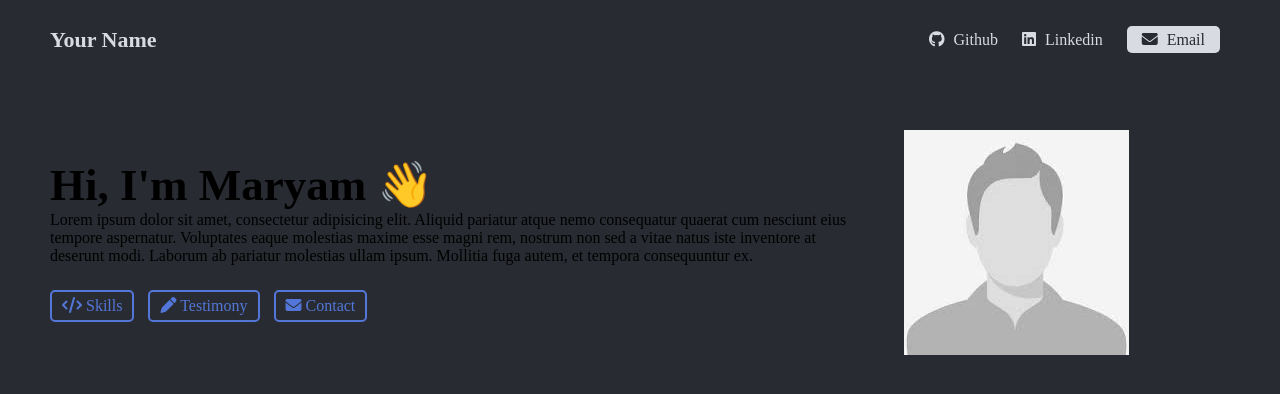
Repository: MaramMaryam/my-portfolio-test
Page: index.html
An editor plug-in stored every save of this project. The page is shown before and after a run of saves, followed by the edit.
The browser window is 1280 px wide. The pictures show the whole page.
Some web libraries are served in a nearby version.

Above is the page before, as saved 2024-09-17 21:18:20.

### index.html
<!DOCTYPE html>
<html lang="en">

<head>
    <meta charset="UTF-8">
    <meta name="viewport" content="width=device-width, initial-scale=1.0">

    <link rel="preconnect" href="https://fonts.googleapis.com">
    <link rel="preconnect" href="https://fonts.gstatic.com" crossorigin>
    <link
        href="https://fonts.googleapis.com/css2?family=Poppins:ital,wght@0,100;0,200;0,300;0,400;0,500;0,600;0,700;0,800;0,900;1,100;1,200;1,300;1,400;1,500;1,600;1,700;1,800;1,900&display=swap"
        rel="stylesheet">

    <link rel="stylesheet" href="https://cdnjs.cloudflare.com/ajax/libs/font-awesome/6.6.0/css/all.min.css"
        integrity="sha512-Kc323vGBEqzTmouAECnVceyQqyqdsSiqLQISBL29aUW4U/M7pSPA/gEUZQqv1cwx4OnYxTxve5UMg5GT6L4JJg=="
        crossorigin="anonymous" referrerpolicy="no-referrer" />

    <link rel="stylesheet" href="styles.css">
    <title>My Portfolio</title>
</head>

<body>
    <!--navbar-->
    <nav>
        <div class="left">
            <a href="/"> Your Name </a>
        </div>
        <div class="right">
            <a href="http://github.com" target="_blank" rel="">
                <i class="fa-brands fa-github"></i>
                <span>Github</span>
            </a>

            <a href="http://linkedin.com" target="_blank" rel="">
                <i class="fa-brands fa-linkedin"></i>
                <span>Linkedin</span>
            </a>

            <a href="mailto:example@gmail.com">
                <i class="fa-solid fa-envelope"></i>
                <span>Email</span>
            </a>
        </div>
    </nav>
    <main>
        <!--section1-->
        <section class="hero-section">
            <div class="text">
                <h2>Hi, I'm Maryam 👋</h2>
                <p>Lorem ipsum dolor sit amet, consectetur adipisicing elit.
                    Aliquid pariatur atque nemo consequatur quaerat cum nesciunt eius tempore aspernatur.
                     Voluptates eaque molestias maxime esse magni rem, nostrum non sed a vitae natus iste inventore at deserunt modi.
                    Laborum ab pariatur molestias ullam ipsum.
                    Mollitia fuga autem, et tempora consequuntur ex.</p>

                    <div class="links">
                        <a href="#skills">
                            <i class="fa-solid fa-code"></i>
                            <span>Skills</span>
                        </a>
                        <a href="#testimony">
                            <i class="fa-solid fa-pen"></i>
                            <span>Testimony</span>
                        </a>
                        <a href="#contact">
                            <i class="fa-solid fa-envelope"></i>
                            <span>Contact</span>
                        </a>
                    </div>
            </div>
            <div class="headshot">
                <img src="images/headshot.jfif" alt="">
            </div>
        </section>
        <!--section2: skills-->
        <section id="skills"></section>
        <!--section3: testimony-->
        <section id="testimony"></section>
        <!--section4: contact-->
        <section id="contact"></section>
    </main>
</body>

</html>

### styles.css
:root {
    --text-color: #d8dce2;
    --link-color: #5377d8;
    --background-color: #282b31;
}
* {
    margin: 0;
    padding: 0;
    box-sizing: border-box;
}
html {
    scroll-behavior: smooth;
}
body {
    font-family: 'Poppins' sans-serif;
    background-color: var(--background-color);
}
a {
    color: var(--link-color);
    text-decoration: none;
}

/* NAVBAR */
nav {
    display: flex;
    justify-content: space-between;
    padding: 0 50px;
    height: 80px;
    align-items: center;
}
nav .left a {
    color: var(--text-color);
    font-size: 22px;
    font-weight: 600;
}
nav .right a {
    color: var(--text-color);
    margin: 0 10px;
}
nav .right a:last-child {
    color: var(--background-color);
    background-color: var(--text-color);
    padding: 5px 15px;
    border-radius: 5px;
}
nav .right a span {
    margin-left: 5px;
}
/* SECTION 1: HERO */
.hero-section {
    display: flex;
    justify-content: space-between;
    align-items: center;
    padding: 0 50px;
    margin: 50px 0;
    gap: 40px;
}
.hero-section .text {
    flex: 5;
}
.hero-section .text h2 {
    font-size: 45px;
}
.hero-section .text .links {
    margin-top: 25px;
}
.hero-section .text .links a {
    display: inline-block;
    padding: 5px 10px;
    border: 2px solid var(--link-color);
    border-radius: 5px;
    margin-right: 10px;
    margin-bottom: 10px;
}
.hero-section .headshot {
    flex: 2;
}
@media (max-width:600px) {
    /* NAVBAR */
    nav{
        padding: 0 20px;
    }
    nav .right a {
        font-style: 22px;
    }
    nav .right a:last-child {
        color: var(--text-color);
        background-color: transparent;
        padding: 0;
    }
    nav .right a span{
        display: none;
    }
}

After the next 2 saves:
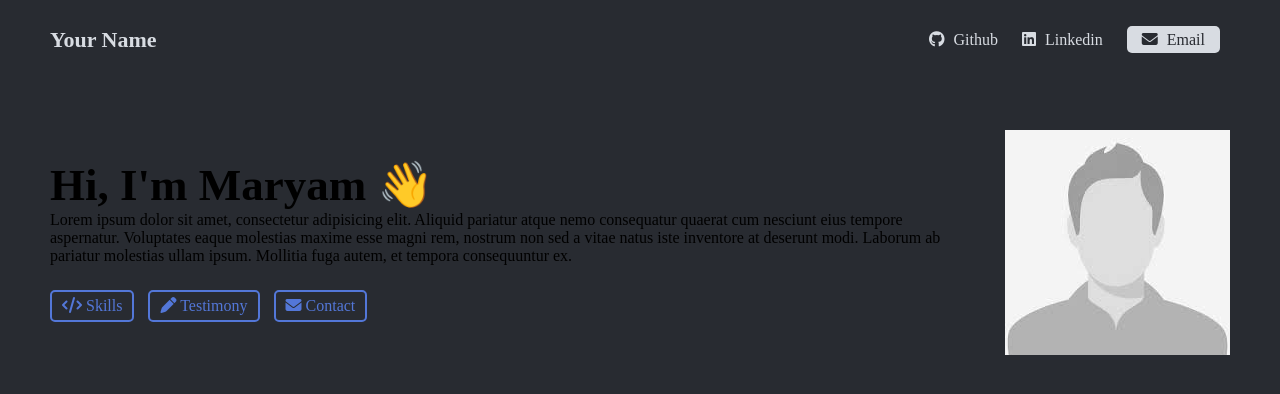
The 2 saves are shown as one change because they came seconds apart.
The last was saved 37 s later.
--- a/styles.css
+++ b/styles.css
@@ -72,6 +72,7 @@
     margin-right: 10px;
     margin-bottom: 10px;
 }
+.hero-section .text .links a:
 .hero-section .headshot {
     flex: 2;
 }

After the 3 saves that followed:
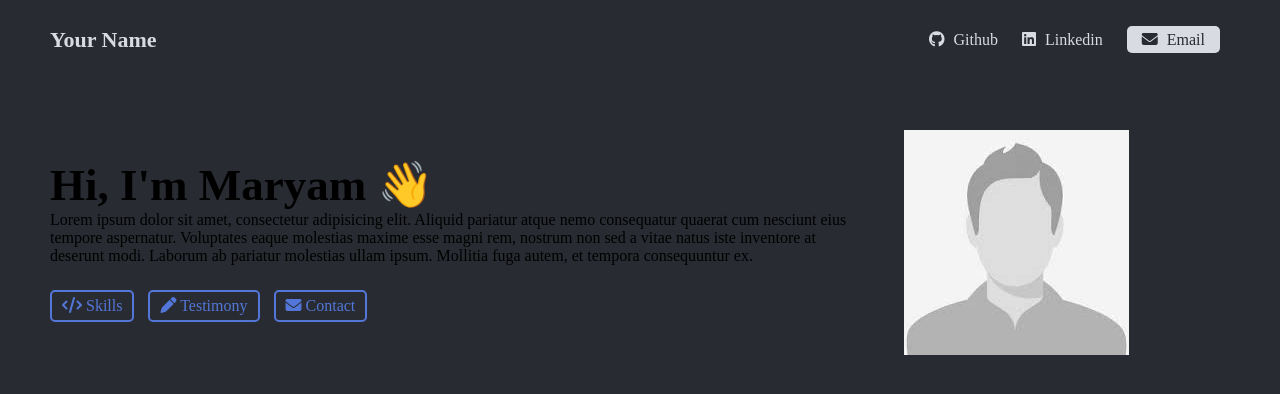
The 3 saves are shown as one change because they came seconds apart.
The last was saved 12 s later.
--- a/styles.css
+++ b/styles.css
@@ -72,7 +72,9 @@
     margin-right: 10px;
     margin-bottom: 10px;
 }
-.hero-section .text .links a:
+.hero-section .text .links a:hover {
+    color: var();
+}
 .hero-section .headshot {
     flex: 2;
 }
